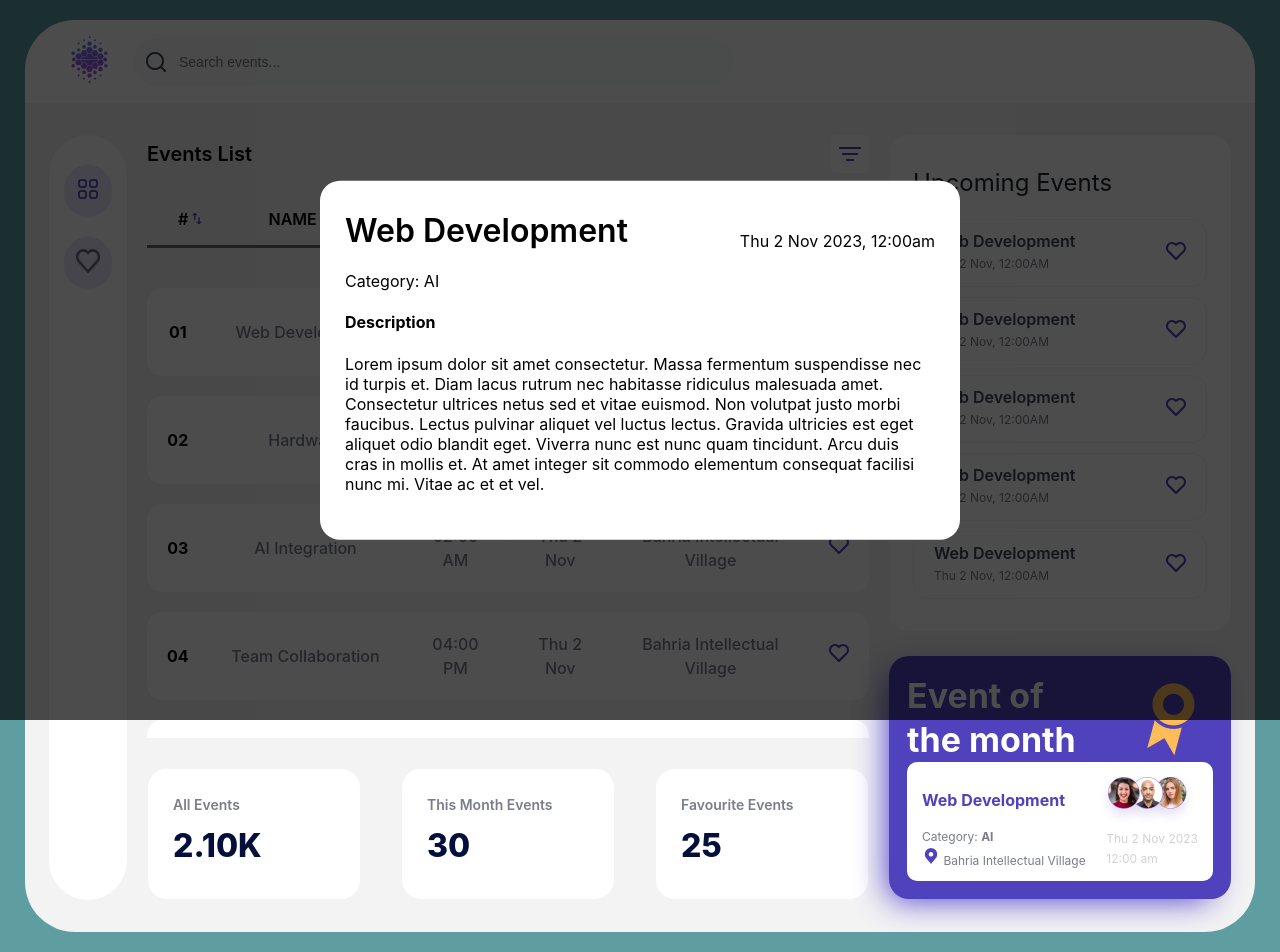
Repository: ahmadunitedsol710/react-dashboard
Page: /, after clicking the first element matching `tr.body_row`
These files come from the project's save history. The page is drawn as it stood at one moment and after a run of saves; the edit follows.
The browser window is 1280 px wide. The pictures show the whole page.
An inner scrolling area shows only its first screen. The project was rebuilt for these pictures with package versions that can differ from the ones it lists, and the page was loaded fresh each time.

Above is the page before, as saved 2024-08-02 10:03:10.

### src/App.js
// import {BrowserRouter as Router, Routes, Route} from 'react-router-dom';
import Header from './Components/Header/index';
import Events from './Components/Body/Events';
import './App.css';

function App() {
  return (
    <div className="App container">
    {/* <Router>
      <Routes>
          <Route path="/" exact element={<Header/>}/>
      </Routes>
    </Router> */}
    <Header/>
    <Events/>
    </div>
  );
}

export default App;

### src/Components/Header/index.js
import '../../App.css';
import logo from '../../Images/logo.png'

const Index = () => {

    return (
        <>
            <div className="header">
                <div className="logo">
                    <img src={logo} alt="logo" />
                </div>
                <div className="search_box">
                    <input type="search"  name="search" placeholder='Search events...' className='srch'/>
                </div>
            </div>
        </>
    )
}

export default Index;

### src/Components/Body/Events.js
import '../../App.css';
import Sidebar from './Sidebar';
import List from './Eventlist';
import Upcommingevent from './Upcomingevent';
import Monthlyevent from './Monthlyevent'
import { useEffect, useState } from 'react';

const Events = () => {
    const [showfav, setshowfav] = useState(false)
    const tabledata = [
        {id:"01",name:"Web Development",time:'12:00 AM',date:"Thu 2 Nov",location:"Bahria Intellectual Village"},

        {id:"02",name:"Hardware",time:'12:00 AM',date:"Thu 2 Nov",location:"Bahria Intellectual Village"},

        {id:"03",name:"AI Integration",time:'02:00 AM',date:"Thu 2 Nov",location:"Bahria Intellectual Village"},

        {id:"04",name:"Team Collaboration",time:'04:00 PM',date:"Thu 2 Nov",location:"Bahria Intellectual Village"},

        {id:"05",name:"Front End Development",time:'06:00 PM',date:"Thu 2 Nov",location:"Bahria Intellectual Village"},

        {id:"06",name:"Front End Development",time:'06:00 PM',date:"Thu 2 Nov",location:"Bahria Intellectual Village"},

        {id:"07",name:"Front End Development",time:'06:00 PM',date:"Thu 2 Nov",location:"Bahria Intellectual Village"},

        {id:"08",name:"Front End Development",time:'06:00 PM',date:"Thu 2 Nov",location:"Bahria Intellectual Village"}
   ]

   const [storedData, setStoredData] = useState([])
   useEffect(()=>{
    setStoredData(localStorage.getItem("favourite") ? JSON.parse([localStorage.getItem("favourite")]) : [])
   }, [])

   const eventdata = [
    {id:1, name:"Web Development",date_time:'Thu 2 Nov, 12:00AM'},
    {id:2, name:"Web Development",date_time:'Thu 2 Nov, 12:00AM'},
    {id:3, name:"Web Development",date_time:'Thu 2 Nov, 12:00AM'},
    {id:4, name:"Web Development",date_time:'Thu 2 Nov, 12:00AM'},
    {id:5, name:"Web Development",date_time:'Thu 2 Nov, 12:00AM'},
    {id:6, name:"Web Development",date_time:'Thu 2 Nov, 12:00AM'},
    {id:7, name:"Web Development",date_time:'Thu 2 Nov, 12:00AM'},
    {id:8, name:"Web Development",date_time:'Thu 2 Nov, 12:00AM'},
    {id:9, name:"Web Development",date_time:'Thu 2 Nov, 12:00AM'}
]

   const [storedList, setStoredList] = useState([])
   useEffect(()=>{
    setStoredList(localStorage.getItem("list") ? JSON.parse([localStorage.getItem("list")]) : [])
   }, [])



    return (
        <>
            <div className="events">
                <div className='parent_block'>
                    <Sidebar setshowfav={setshowfav}/>
                    <List showfav={showfav} favdata={storedData} tabledata={tabledata} setStoredData={setStoredData}/>

                     <div className='child_block'>
                        <Upcommingevent showfav={showfav} favdata={storedList} eventdata={eventdata} setStoredList={setStoredList}/>
                        {!showfav && <Monthlyevent/> }
                    </div>

                </div>
            </div>
        </>
    )
}

export default Events;

### src/App.css
body {
  background-color: cadetblue;
}

.container {
  max-width: 1440px;
  margin: 20px auto;
  padding: 0 25px;
  box-sizing: border-box;
}

.App-logo {
  height: 40vmin;
  pointer-events: none;
}

@media (prefers-reduced-motion: no-preference) {
  .App-logo {
    animation: App-logo-spin infinite 20s linear;
  }
}

.App-header {
  background-color: #282c34;
  min-height: 100vh;
  display: flex;
  flex-direction: column;
  align-items: center;
  justify-content: center;
  font-size: calc(10px + 2vmin);
  color: white;
}

.App-link {
  color: #61dafb;
}

@keyframes App-logo-spin {
  from {
    transform: rotate(0deg);
  }
  to {
    transform: rotate(360deg);
  }
}

::-webkit-scrollbar {
  width: 5px;
}

/* Track */
::-webkit-scrollbar-track {
  box-shadow: inset 0 0 5px grey;
  border-radius: 10px;
}

/* Handle */
::-webkit-scrollbar-thumb {
  background: #D9D9D9;
  border-radius: 10px;
}

/* Handle on hover */
::-webkit-scrollbar-thumb:hover {
  background: #6e6e6e;
}


/* Header */
.header { display: flex; justify-content: center; align-items: center; gap: 20px; background-color: #ffffff; padding: 15px 40px; border-radius: 50px 50px 0 0; }

.header .search_box { position: relative; width: 100%; }

.header .search_box .srch { background-image: url(./Images/Search.png); background-repeat: no-repeat; background-color: #F9FAFC; background-position: 10px center; border: none; padding: 13px 45px; width: 600px; border-radius: 50px; font-size: 14px; font-weight: 400; color: #3D4756; line-height: 22px; }


/* Events */
.events { background-color: #f3f3f3; padding: 32px 24px; box-sizing: border-box; border-radius: 0 0 50px 50px; }

.events .parent_block { display: flex; gap: 20px; justify-content: space-between; }

.events .parent_block .child_block { max-width: 380px; width: 100%; }

/* Sidebar */
.sidebar { display: flex; flex-direction: column; background-color: #ffffff; max-width: 80px; padding: 30px 15px; box-sizing: border-box; border-radius: 40px; }

.image { background-color: #ECEAFF; margin-bottom: 20px; border-radius: 25px; }

.sidebar_img { width: 24px; height: 24px; padding: 12px; }

/* Event list */
.event_details { /*max-width: 850px; */ width: calc(100% - 460px); }

.event_details .evenlist .main { display: flex; justify-content: space-between; align-items: center; }

.event_details .evenlist .main .heading { font-size: 20px; font-weight: 600; line-height: 30px; margin: 0; }

.event_details .evenlist .main .filter { background-color: #ffffff; padding: 5px; border-radius: 5px; box-sizing: border-box; }

table { border-collapse: separate; border-spacing: 0 20px;  width: 100%}

.tbody_container { overflow-y: auto; max-height: 470px; }

th { text-align: center; font-size: 16px; font-weight: 600; line-height: 22px; padding: 15px 20px; box-sizing: border-box; border-bottom: 3px solid #6a6a6a; }

.index { font-size: 16px; font-weight: bolder; line-height: 24px; }

.body_row td { background-color: #ffffff; padding: 20px; text-align: center; }

.body_row td:first-child { border-radius: 15px 0 0 15px; }

.body_row td:last-child { border-radius: 0 15px 15px 0; }

.body_row .details { font-size: 16px; font-weight: 500; line-height: 24px; color: #797d8c; cursor: pointer;}

.cards { display: flex; align-items: center; gap: 40px; margin-top: 30px; }

.cards .all_events, .cards .this_month, .cards .fav_events { background-color: #ffffff; border-radius: 20px; border: 1px solid #f3f3f3; width: 260px; padding: 25px 25px 33px; box-sizing: border-box; }

.cards .text { color: #797d8c; font-size: 14px; font-weight: 600; line-height: 22px; margin: 0; }

.cards .title { font-size: 32px; line-height: 40px; font-weight: 800; margin: 10px 0 0; color: #04103b; }



/* Upcoming events */
.upcomingevents { background-color: #ffffff; border-radius: 20px; padding: 32px 24px; box-sizing: border-box; }

.upcomingevents .title { font-size: 24px; line-height: 32px; font-weight: 400; color: #1e232a; margin: 0 0 20px; }

.upcomingevents .events_list { margin: 0; padding: 0; height: 380px; overflow-y: auto; }

.upcomingevents .events_list .event { border: 1px solid #f3f3f3; list-style-type: none; border-radius: 15px; padding: 10px 20px; display: flex; align-items: center; justify-content: space-between; margin-bottom: 10px; }

.upcomingevents .events_list .event:last-child { margin-bottom: 0; }

.upcomingevents .events_list .event .event_title { font-size: 16px; font-weight: 600; line-height: 22px; color: #3d4756; margin: 0; }

.upcomingevents .events_list .event .event_date_time { font-size: 12px; font-weight: 400; line-height: 24px; color: #797D8C; margin: 0; }


/* Monthly event */
.monthly_event { background-color: #5041bc; color: #ffffff; padding: 18px; box-sizing: border-box; border-radius: 20px; margin-top: 25px; box-shadow: -10px 10px 33px -10px #4533C9; }

.monthly_event .upper_part { display: flex; justify-content: space-between; align-items: center; }

.monthly_event .upper_part .heading { max-width: 180px; margin: 0; font-size: 34px; font-weight: 700; line-height: 44px; }

.bottom_part { background-color: #ffffff; color: #5041BC; border-radius: 10px; padding: 10px 15px; }

.bottom_part .first_row, .bottom_part .second_row { display: flex; justify-content: space-between; align-items: center; }

.bottom_part .first_row .course_title { margin: 0; font-size: 16px; font-weight: 700; line-height: 26px; }

.bottom_part .second_row { font-size: 12px; font-weight: 400; line-height: 20px; }

.bottom_part .second_row .cat_loc { color: #797D8C; }

.bottom_part .second_row .date_time { color: #D2D2D2; }




/* Detail Popup */
.overlay {
  position: fixed;
  top: 0;
  left: 0;
  width: 100%;
  height: 100%;
  background: rgba(0, 0, 0, 0.7);
}

.overlay .detailpopup {
  position: absolute;
  background-color: #ffffff;
  transform: translate(-50%, -50%);
  left: 50%;
  top: 50%;
  border-radius: 20px;
  padding: 30px 25px;
  box-sizing: border-box;
}




.title_time {
  display: flex;
  justify-content: space-between;
  align-items: center;
}



.title_time .title {
  font-size: 32px;
  font-weight: 600;
  line-height: 40px;
  margin: 0 0 20px;
}

### src/Components/Body/Sidebar.js
import '../../App.css';
import grid from '../../Images/grid.png';
import favourite from '../../Images/fav.png'

const sidebar = ({setshowfav}) => {

    return (
        <>
            <div className="sidebar">
                <div className="image">
                    <img src={grid} alt="grid" className='sidebar_img' onClick={()=>setshowfav(false)}/>
                </div>
                <div className="image">
                    <img src={favourite} alt="favourite" className='sidebar_img' onClick={()=>setshowfav(true)}/>
                </div>
            </div>
        </>
    )
}

export default sidebar;

### src/Components/Body/Eventlist.js
import '../../App.css';
import swap from '../../Images/swap.png';
import emptyfav from '../../Images/empty_fav.png'
import fillfav from '../../Images/fill_fav.png'
import filter from '../../Images/filter.png'
import { useEffect, useState } from 'react';
import Detailpopup from './Detailpopup';

const Eventlist = ({showfav, favdata, tabledata, setStoredData}) => {
    const [showModal, setShowModal] = useState(false)


    const add_fav = (data) => {
        const isFav = favdata.some(favitem => favitem.id === data.id)

        if (isFav) {
            // setStoredData(favdata.filter(favitem => favitem.id !== data.id));
            const updatedFavData = favdata.filter(favItem => favItem.id !== data.id);
            setStoredData(updatedFavData);
            localStorage.setItem("favourite", JSON.stringify(updatedFavData))

            console.log("else 1")
        }
        else {
            const updatedFavData = [...favdata, data];
            setStoredData(updatedFavData);
            localStorage.setItem("favourite", JSON.stringify(updatedFavData))
            console.log("else 2")
        }
    };

    const closeModal = () => {
        setShowModal(false)
    }

       const all_events = {text:"All Events", title:"2.10K"}
       const this_month = {text:"This Month Events", title:"30"}
       const fav_events = {text:"Favourite Events", title:"25"}
    return (
        <>
            <div className="event_details">
                <div className="evenlist">
                    <div className="main">
                        <h2 className='heading'>Events List</h2>
                        <img src={filter} alt="filter" className='filter' />
                    </div>
                    <div className="table_data">
                        <table className="table">
                            <thead className='table_head'>
                                <tr>
                                    <th># <img src={swap} alt="swap" /> </th>
                                    <th>NAME</th>
                                    <th>TIME</th>
                                    <th>DATE</th>
                                    <th>LOCATION</th>
                                    <th>ACTION</th>
                                </tr>
                            </thead>
                        </table>
                        <div className="tbody_container">
                            <table>
                                <tbody>
                                    {!showfav ? tabledata.map((data)=>(
                                        <tr className='body_row' key={data.id} onClick={()=>setShowModal(true)}>
                                        <td className='index' data-label="index">{data?.id}</td>
                                        <td className='details' data-label="name">{data?.name}</td>
                                        <td className='details' data-label="time">{data?.time}</td>
                                        <td className='details' data-label="date">{data?.date}</td>
                                        <td className='details' data-label="location">{data?.location}</td>
                                        <td className='details' data-label="location"> <img src={favdata.some(favitem => favitem.id === data.id) ? fillfav : emptyfav} alt="favourite"
                                        onClick={()=>add_fav(data)}/></td>
                                    </tr>)) :
                                    favdata.map((data)=>(
                                        <tr className='body_row' key={data.id} onClick={()=>setShowModal(true)}>
                                        <td className='index' data-label="index">{data?.id}</td>
                                        <td className='details' data-label="name">{data?.name}</td>
                                        <td className='details' data-label="time">{data?.time}</td>
                                        <td className='details' data-label="date">{data?.date}</td>
                                        <td className='details' data-label="location">{data?.location}</td>
                                        <td className='details' data-label="location"> <img src={favdata.some(favitem=>favitem.id === data.id) ? fillfav : emptyfav} alt="favourite"
                                        onClick={()=>add_fav(data)}/></td>
                                    </tr>
                                    ))}
                                </tbody>
                            </table>
                        </div>
                    </div>
                </div>

             {!showfav &&   <div className="cards">
                    <div className="all_events">
                        <p className='text'>{all_events.text}</p>
                        <h2 className='title'>{all_events.title}</h2>
                    </div>
                    <div className="this_month">
                        <p className='text'>{this_month.text}</p>
                        <h2 className='title'>{this_month.title}</h2>
                    </div>
                    <div className="fav_events">
                        <p className='text'>{fav_events.text}</p>
                        <h2 className='title'>{fav_events.title}</h2>
                    </div>
                </div>}
            </div>
            {showModal && <Detailpopup closeModal={closeModal}/>}
        </>
    )
}

export default Eventlist;

### src/Components/Body/Upcomingevent.js
import emptyfav from '../../Images/empty_fav.png'
import fillfav from '../../Images/fill_fav.png'

const Upcommingevent = ({showfav, eventdata, setStoredList, favdata}) => {

    const add_fav = (list) => {
        const isFav = favdata.some(favitem => favitem.id === list.id)

        if (isFav) {
            const updatedFavData = favdata.filter(favItem => favItem.id !== list.id);
            setStoredList(updatedFavData);
            localStorage.setItem("list", JSON.stringify(updatedFavData))
            console.log("else 1")
        }
        else {
            const updatedFavData = [...favdata, list];
            setStoredList(updatedFavData);
            localStorage.setItem("list", JSON.stringify(updatedFavData))
            console.log("else 2")
        }
    };

    return (
        <>  {/* add multiple tags when use empty tags */}
            <div className="upcomingevents">
                <h2 className="title">Upcoming Events</h2>

                <ul className="events_list">
                    {!showfav ? eventdata.map((list) => (
                        <li className="event" key={list.id}>
                            <div className="title_date_time">
                                <p className="event_title">{list.name}</p>
                                <p className="event_date_time">{list.date_time}</p>
                            </div>
                            <div>
                                <img src={favdata.some(favitem => favitem.id === list.id) ? fillfav : emptyfav} alt="emptyfav"
                                onClick={()=>add_fav(list)}/>
                            </div>
                        </li>
                    )) :
                    favdata.map((list) => (
                        <li className="event" key={list.id}>
                            <div className="title_date_time">
                                <p className="event_title">{list.name}</p>
                                <p className="event_date_time">{list.date_time}</p>
                            </div>
                            <div>
                                <img src={favdata.some(favitem => favitem.id === list.id) ? fillfav : emptyfav} alt="emptyfav"
                                onClick={()=>add_fav(list)}/>
                            </div>
                        </li>
                    ))}
                </ul>
            </div>
        </>
    )

}

export default Upcommingevent;

### src/Components/Body/Monthlyevent.js
import loc from '../../Images/location.png'
import teacher_img from '../../Images/user.png'
import pin from '../../Images/pin.png'


const MonthlyEvent = () => {
    const course_details = {name:"Web Development", image:teacher_img, category:"AI", location:"Bahria Intellectual Village", date:"Thu 2 Nov 2023", time:"12:00 am" }
    return (
        <>
        <div className="monthly_event">
            <div className="upper_part">
                <h1 className="heading">Event of the month</h1>
                <img src={loc} alt="location" />
            </div>

            <div className="bottom_part">
                <div className="first_row">
                    <h3 className='course_title'>{course_details.name}</h3>
                    <img src={course_details.image} alt="teachers" />
                </div>
                <div className="second_row">
                    <div className="cat_loc">
                        <div>Category: <strong>{course_details.category}</strong></div>
                        <div> <img src={pin} alt="pin" />  {course_details.location}</div>
                    </div>
                    <div className="date_time">
                        <div className="date">{course_details.date}</div>
                        <div className="time">{course_details.time}</div>
                    </div>
                </div>
            </div>
        </div>
        </>
    )
}


export default MonthlyEvent;

### src/Components/Body/Detailpopup.js

import pin from '../../Images/pin.png'

const Detailpopup = ({closeModal}) => {
    return (
        <>
        <div className="overlay" onClick={closeModal}>
            <div className="detailpopup">
                <div className="course_Details">
                    <div className="title_time">
                        <h2 className="title">Web Development</h2>
                        <span className="time">Thu 2 Nov 2023, 12:00am</span>
                    </div>
                    <span className="category">Category: AI</span>
                    <div className="description">
                        <h4 className="desc_title">Description</h4>
                        <p className="text">Lorem ipsum dolor sit amet consectetur. Massa fermentum suspendisse nec id turpis et. Diam lacus rutrum nec habitasse ridiculus malesuada amet. Consectetur ultrices netus sed et vitae euismod. Non volutpat justo morbi faucibus. Lectus pulvinar aliquet vel luctus lectus. Gravida ultricies est eget aliquet odio blandit eget. Viverra nunc est nunc quam tincidunt. Arcu duis cras in mollis et. At amet integer sit commodo elementum consequat facilisi nunc mi. Vitae ac et et vel.</p>
                    </div>
                </div>
            </div>
        </div>
        </>
    )
}

export default Detailpopup;

Loaded but not shown: public/index.html (common file); src/index.js (common file); src/index.css (common file); src/reportWebVitals.js (common file)

After the next 3 saves:
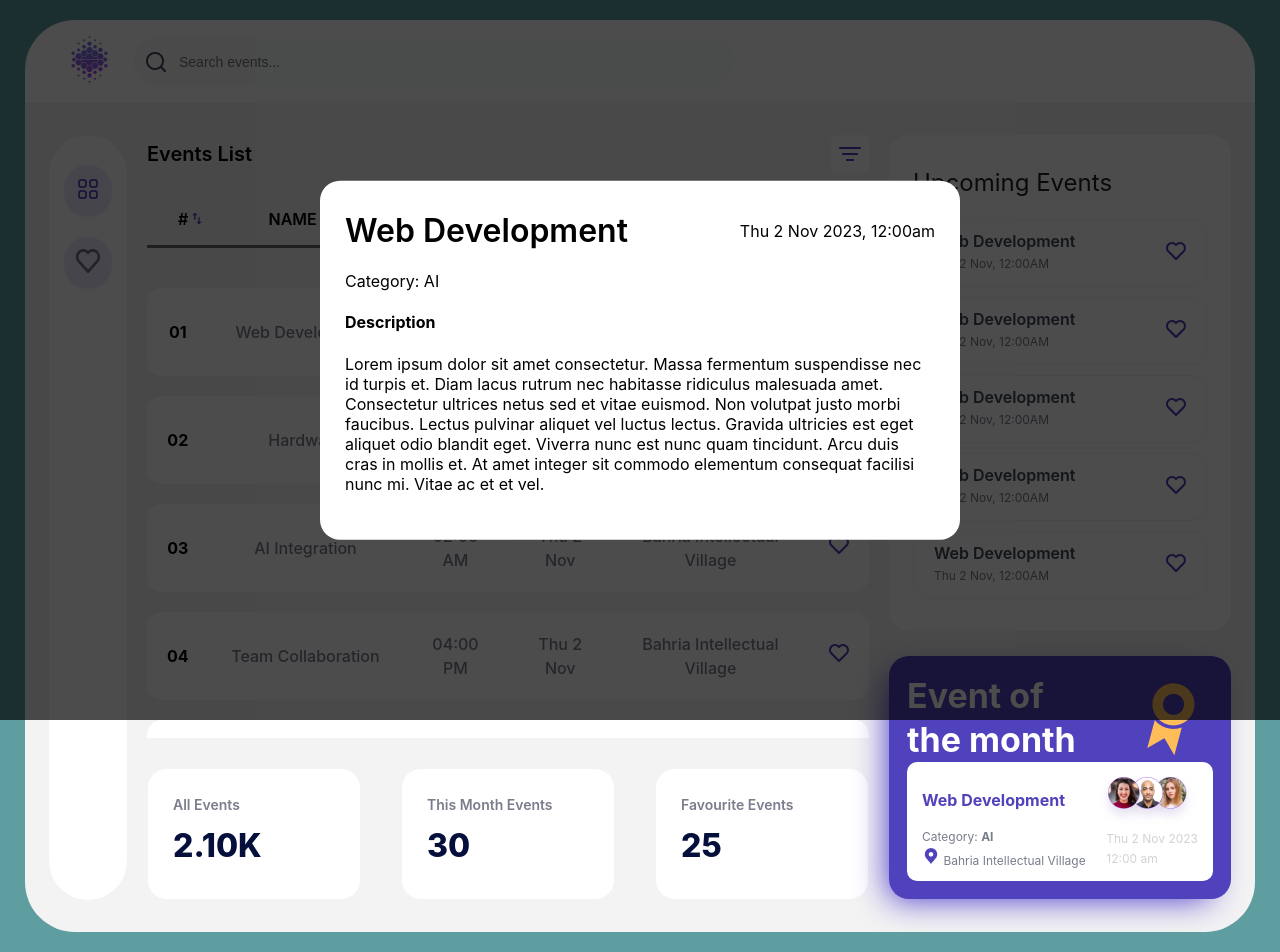
The 3 saves are shown as one change because they came seconds apart.
The last was saved 24 s later.
--- a/src/App.css
+++ b/src/App.css
@@ -189,6 +189,7 @@ th { text-align: center; font-size: 16px; font-weight: 600; line-height: 22px; p
   display: flex;
   justify-content: space-between;
   align-items: center;
+  margin-bottom: 20px;
 }
 
 
@@ -197,5 +198,5 @@ th { text-align: center; font-size: 16px; font-weight: 600; line-height: 22px; p
   font-size: 32px;
   font-weight: 600;
   line-height: 40px;
-  margin: 0 0 20px;
-}
+  margin: 0;
+}
